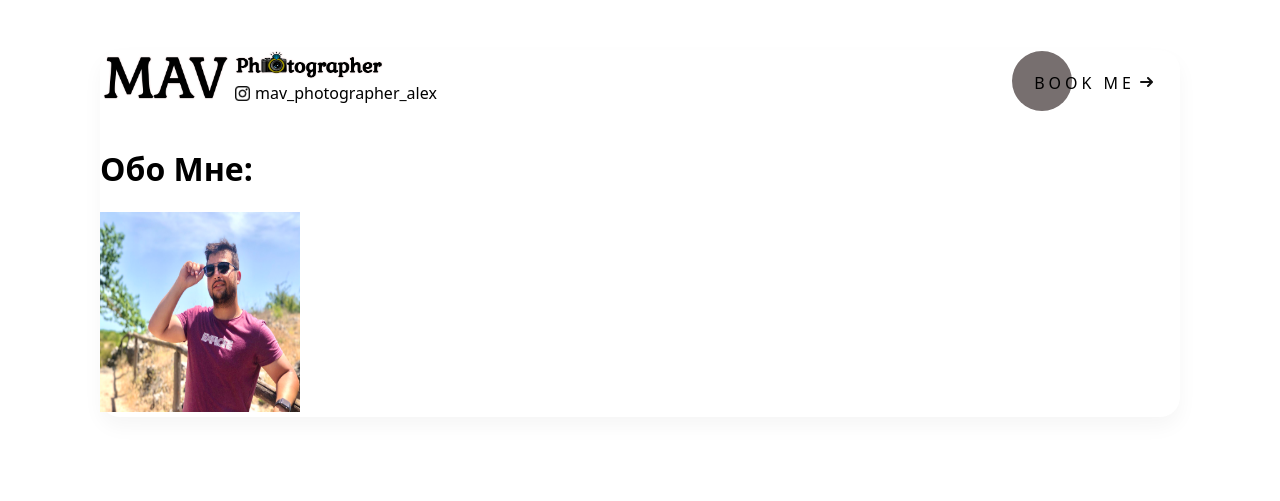
Repository: Dekabrist94/MAV
Page: /
The author's editor kept a copy of each file at every save. The page is drawn from the files as they stood at one save, then again after the next save.
The browser window is 1280 px wide. The pictures show the whole page.
The project was rebuilt for these pictures with package versions that can differ from the ones it lists, and the page was loaded fresh each time.

Above is the page before, as saved 2023-02-28 21:27:50.

### src/index.js
import React from 'react';
import ReactDOM from 'react-dom/client';
import './index.scss';
import App from './App';
import reportWebVitals from './reportWebVitals';

const root = ReactDOM.createRoot(document.getElementById('root'));
root.render(
  <React.StrictMode>
    <App />
  </React.StrictMode>,
);

// If you want to start measuring performance in your app, pass a function
// to log results (for example: reportWebVitals(console.log))
// or send to an analytics endpoint. Learn more: https://bit.ly/CRA-vitals
reportWebVitals();

### src/index.scss
body {
  margin: 0;
  font-family: system-ui;
  -webkit-font-smoothing: antialiased;
  -moz-osx-font-smoothing: grayscale;
  background-color: white;
}

.wrapper {
  background: #ffffff;
  box-shadow: 0px 10px 20px rgba(0, 0, 0, 0.04);
  border-radius: 20px;
  max-width: 1080px;
  margin: 50px auto;
}

header {
  display: flex;
  justify-content: space-between;
}

img {
  margin-right: 5px;
}

.headerLeft {
  display: flex;
  align-items: center;
}

.instaLink {
  display: flex;
  margin-top: -3px;
  align-items: center;
}

.bookMe {
  margin-top: 20px;
}
h3,
p {
  margin: 0;
}

### src/App.js
import AVATAR from './assets/img/AVATAR.jpg';
import MAV from './assets/img/MAV.png';
import PHOTOGRAPHER from './assets/img/photographer.png';
import InstaLogo from './assets/img/instagram.png';
import { CustomButton } from './components/button UI';

function App() {
  return (
    <div className="wrapper">
      <header>
        <div className="headerLeft">
          <img width={130} height={50} src={MAV} alt="logo" />
          <div className="headerInfo">
            <img width={150} height={30} src={PHOTOGRAPHER} alt="logo" />
            <div className="instaLink">
              <img width={15} height={15} src={InstaLogo} alt="Instagram" />
              <p>mav_photographer_alex</p>
            </div>
          </div>
        </div>
        <div className="bookMe">
          <CustomButton text="BOOK ME" style="link" />
        </div>
      </header>
      <div className="aboutMe">
        <img src="" />
        <h1>Обо Мне:</h1>
        <div className="avatar">
          <img width={200} height={200} src={AVATAR} alt="AVATAR" />
        </div>
      </div>
    </div>
  );
}

export default App;

### src/components/button UI/index.jsx
import styles from './Button.module.css';
import React from 'react';

export const CustomButton = ({ type, text, link, style }) => {
  if (style === 'btn') {
    return (
      <button className={`${styles.button} ${styles.buttonBtn}`} type={type}>
        <span>{text}</span>
        <svg width="13px" height="10px" viewBox="0 0 13 10">
          <path d="M1,5 L11,5"></path>
          <polyline points="8 1 12 5 8 9"></polyline>
        </svg>
      </button>
    );
  } else if (style === 'link') {
    return (
      <a
        href={link}
        className={`${styles.button} ${styles.buttonLink}`}
        target="_blank"
        rel="noreferrer">
        <span>{text}</span>
        <svg width="13px" height="10px" viewBox="0 0 13 10">
          <path d="M1,5 L11,5"></path>
          <polyline points="8 1 12 5 8 9"></polyline>
        </svg>
      </a>
    );
  }
  return <button>{text}</button>;
};

### src/components/button UI/Button.module.css
.button {
  position: relative;
  margin: auto;
  padding: 19px 22px;
  transition: all 0.2s ease;
  cursor: pointer;
}
.button:before {
  content: '';
  position: absolute;
  top: 0;
  left: 0;
  display: block;
  border-radius: 50%;

  width: 60px;
  height: 60px;
  transition: all 0.5s ease;
}
.buttonLink:before {
  background: rgb(119, 111, 111);
}
.buttonBtn:before {
  background: rgba(255, 165, 45, 0.5);
}
.button span {
  position: relative;
  font-size: 16px;
  line-height: 18px;
  font-weight: 400;
  letter-spacing: 4px;
  text-transform: uppercase;
  vertical-align: middle;
  transition: color 0.5s ease;
}
.button:hover span {
  color: #fff;
}
.button svg {
  position: relative;
  top: 0;
  margin-left: 10px;
  fill: none;
  stroke-linecap: round;
  stroke-linejoin: round;
  stroke: #111;
  stroke-width: 2;
  transform: translateX(-5px);
  transition: all 0.5s ease;
}
.button:hover:before {
  width: 100%;
  border-radius: 50px;
}
.buttonLink:hover:before {
  background: black;
}
.buttonBtn:hover:before {
  background: rgb(255, 165, 45);
}
.button:hover svg {
  transform: translateX(0);
  stroke: #fff;
}
.button:active {
  transform: scale(0.96);
}

Loaded but not shown: public/index.html (common file); src/reportWebVitals.js (common file)

After the next save:
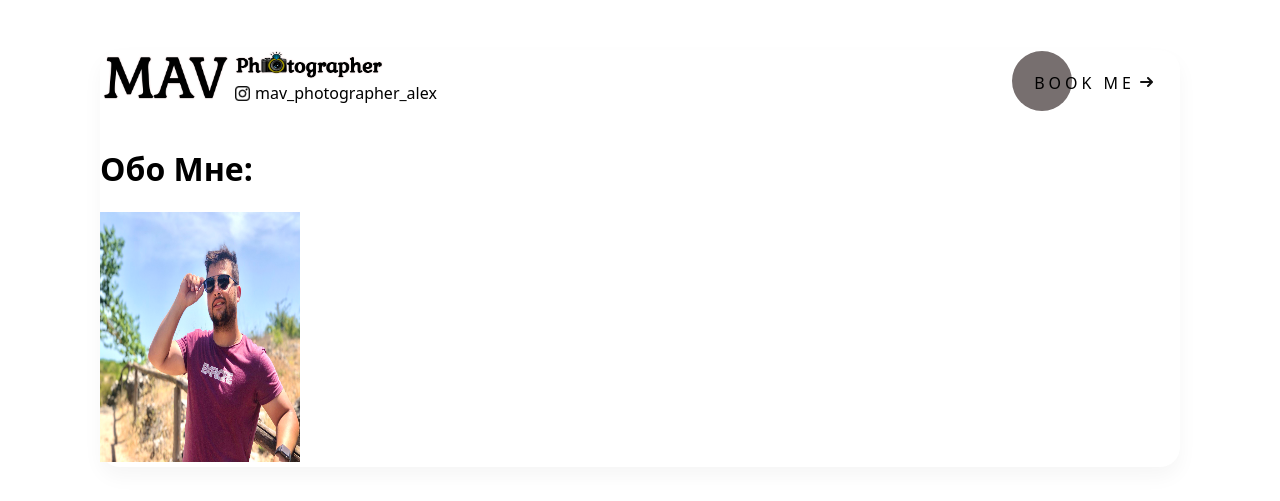
Saved 9 s later.
--- a/src/App.js
+++ b/src/App.js
@@ -26,7 +26,7 @@
         <img src="" />
         <h1>Обо Мне:</h1>
         <div className="avatar">
-          <img width={200} height={200} src={AVATAR} alt="AVATAR" />
+          <img width={200} height={250} src={AVATAR} alt="AVATAR" />
         </div>
       </div>
     </div>

After the save that followed:
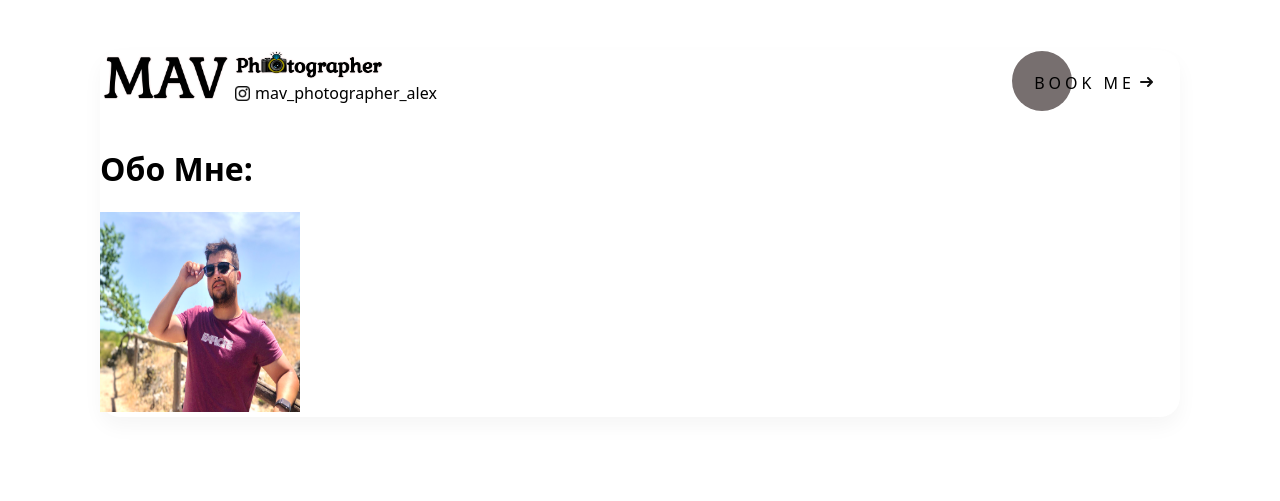
Saved 10 s later.
--- a/src/App.js
+++ b/src/App.js
@@ -26,7 +26,7 @@
         <img src="" />
         <h1>Обо Мне:</h1>
         <div className="avatar">
-          <img width={200} height={250} src={AVATAR} alt="AVATAR" />
+          <img width={200} height={200} src={AVATAR} alt="AVATAR" />
         </div>
       </div>
     </div>
